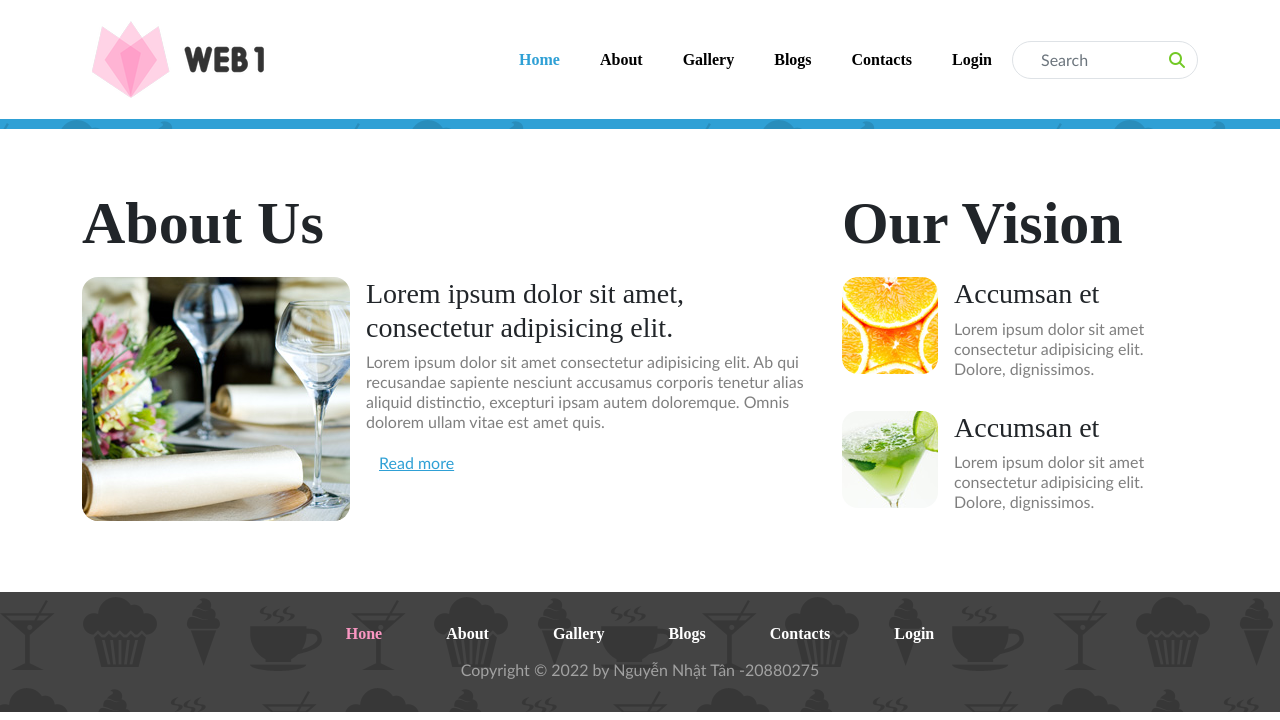
Repository: carembanhkem/web1-20880275
Page: about.html
The author's editor kept a copy of each file at every save. The page is drawn from the files as they stood at one save, then again after the next save.
The browser window is 1280 px wide. The pictures show the whole page.
Some web fonts or font styles are not loaded; a fallback is used. Some web libraries are served in a nearby version.

Above is the page before, as saved 2023-02-06 11:28:09.
Console error: ReferenceError: bootstrap is not defined

After the next save:
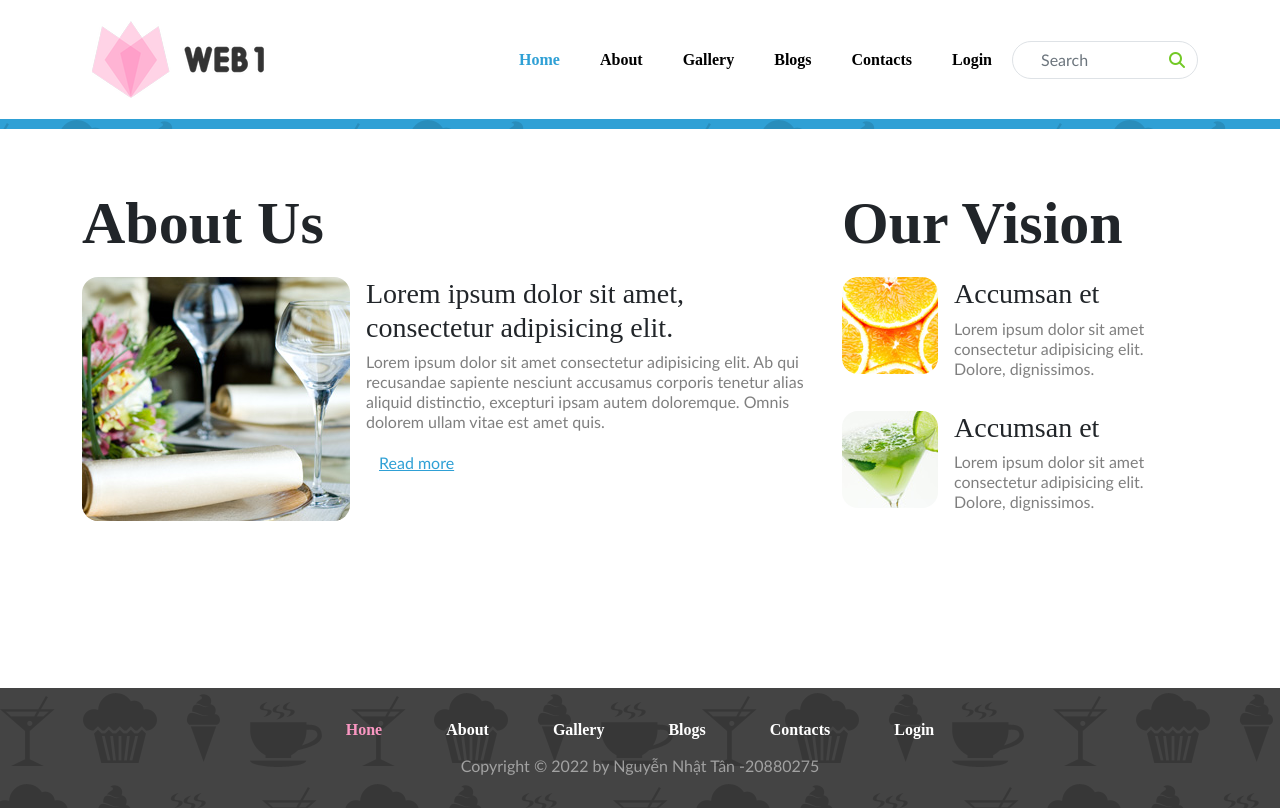
Saved 67 s later.
--- a/about.html
+++ b/about.html
@@ -88,7 +88,7 @@
         </div>
     </section>
     <!-- Testimonials-->
-    <section class="container-fluid" id="testimonials">
+    <section class="container-fluid py-5" id="testimonials">
 
     </section>
 
